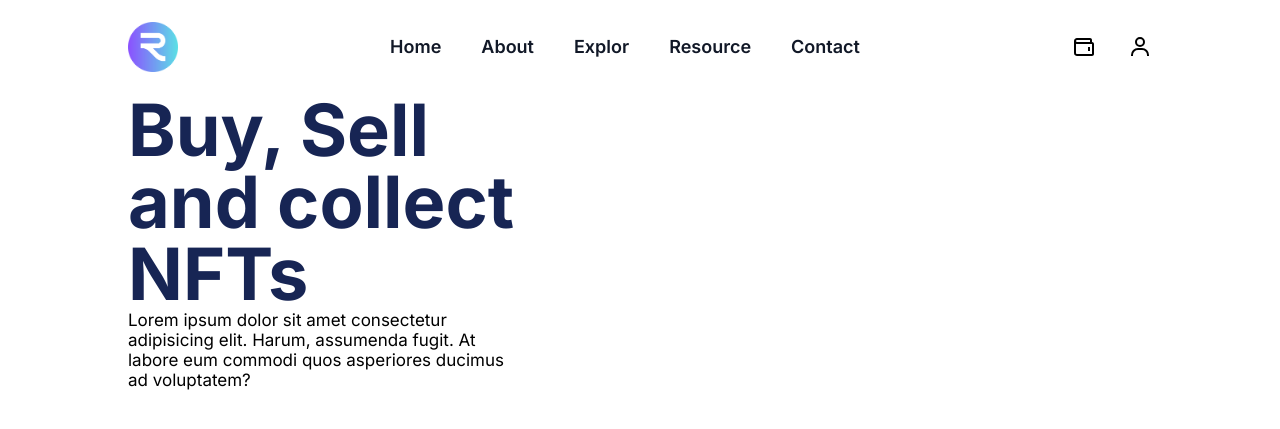
Repository: longblue2910/rimdasilva-ui
Page: /
The author's editor kept a copy of each file at every save. The page is drawn from the files as they stood at one save, then again after a run of saves.
The browser window is 1280 px wide. The pictures show the whole page.
The project was rebuilt for these pictures with package versions that can differ from the ones it lists, and the page was loaded fresh each time. The framework's server and built-in components were replaced by stand-ins that run in the browser. Also part of the build but not shown: next.config.mjs.

Above is the page before, as saved 2024-08-09 16:23:33.

After the next 2 saves:
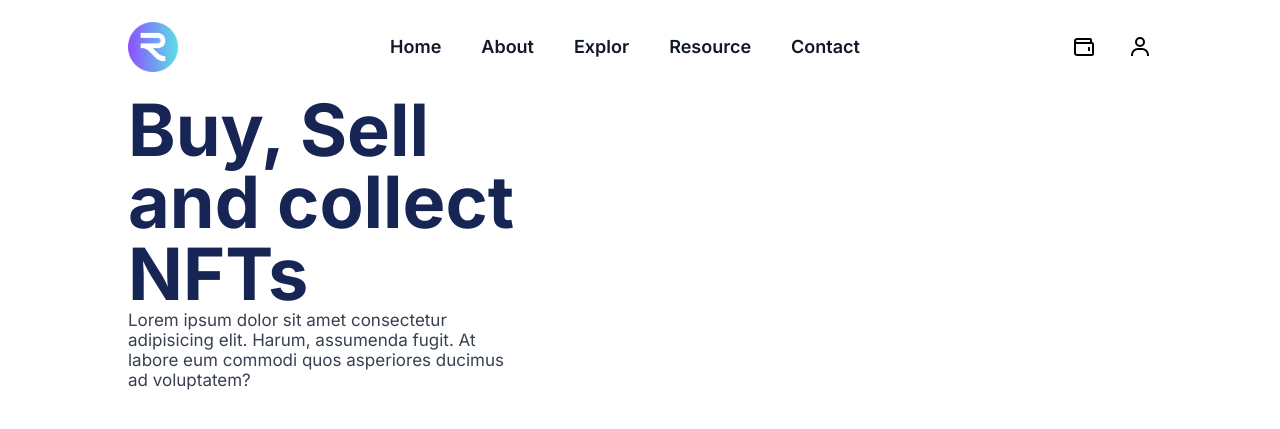
The 2 saves are shown as one change because they came seconds apart.
The last was saved 6 s later.
--- a/components/Home/Hero/Hero.tsx
+++ b/components/Home/Hero/Hero.tsx
@@ -9,7 +9,7 @@ const Hero = () => {
           <h1 className="text-2xl sm:text-4xl lg:text-5xl xl:text-7xl text-blue-950 font-bold">
             Buy, Sell and collect NFTs
           </h1>
-          <p className="text-sm md:text-[17px]">
+          <p className="text-sm md:text-[17px] text-gray-700">
             Lorem ipsum dolor sit amet consectetur adipisicing elit. Harum,
             assumenda fugit. At labore eum commodi quos asperiores ducimus ad
             voluptatem?
